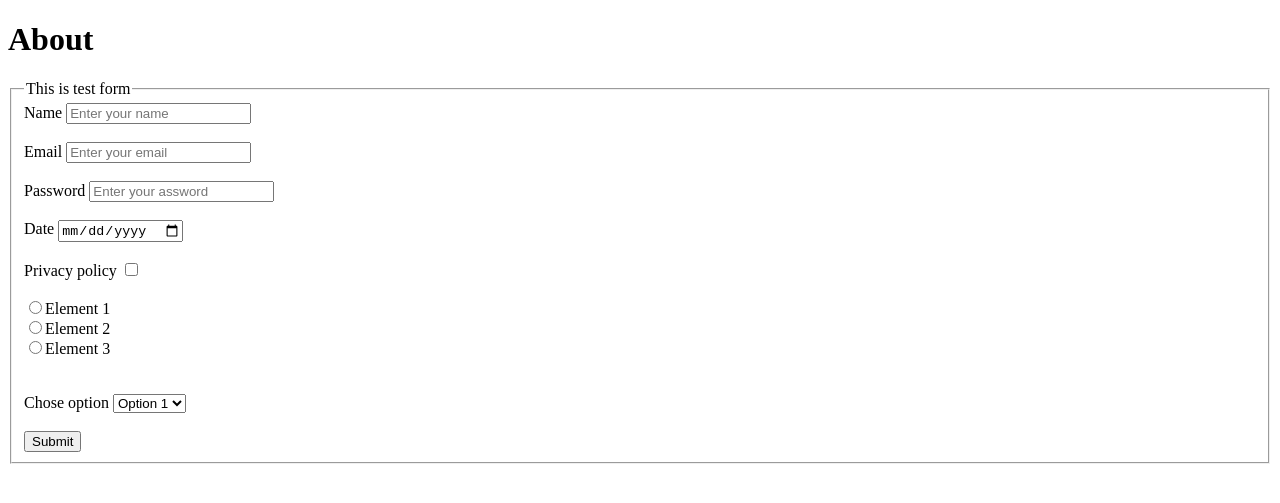
Repository: fisikusari/test-repo
Page: about.html
These files come from the project's save history. The page is drawn as it stood at one moment and after the next save; the edit follows.
The browser window is 1280 px wide. The pictures show the whole page.

Above is the page before, as saved 2021-11-11 19:39:13.

After the next save:
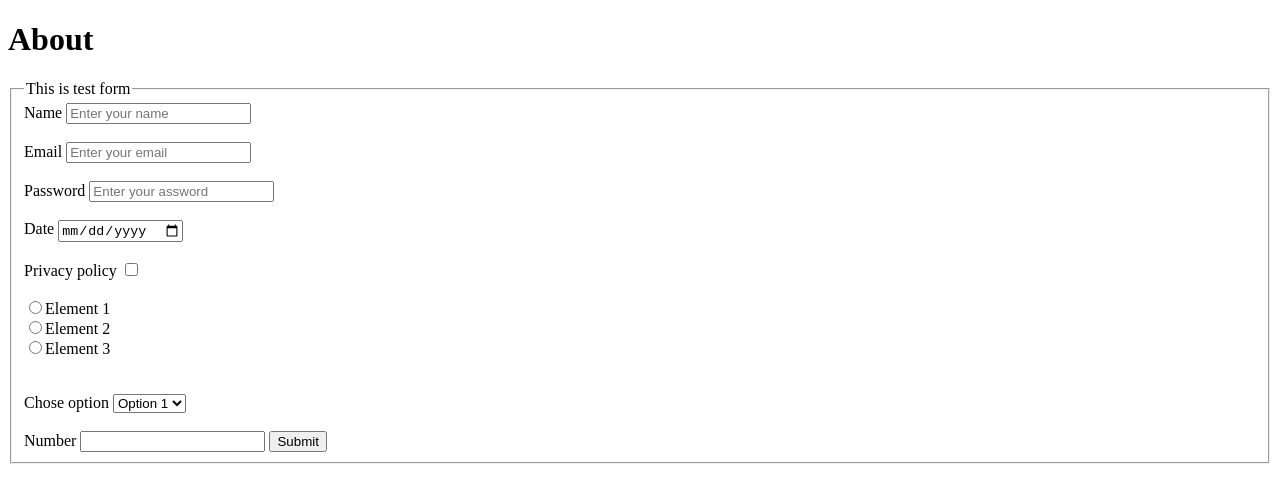
Saved 3 min 12 s later.
--- a/about.html
+++ b/about.html
@@ -39,6 +39,8 @@
       </select>
       <input type="hidden" name="hidden" value="xyz123K">
       <br><br>
+      <label for="number">Number</label>
+      <input type="number" name="number" id="number">
       <input type="submit" value="Submit">
     </fieldset>
     <!--Fieldset Ends here-->
